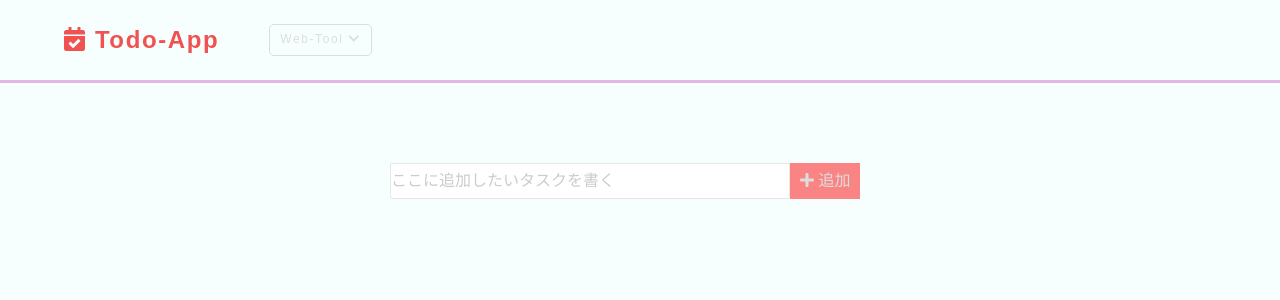
Repository: Hiroshii-m/todo_vue
Page: index.html
The author's editor kept a copy of each file at every save. The page is drawn from the files as they stood at one save, then again after the next save.
The browser window is 1280 px wide. The pictures show the whole page.
The style sheet was rebuilt from its Sass, Less or Tailwind sources for each picture, by a compiler version that may differ from the author's.

Above is the page before, as saved 2021-06-26 18:15:09.

### index.html
<!DOCTYPE html>
<html lang="en">
<head>
    <meta charset="UTF-8">
    <meta http-equiv="X-UA-Compatible" content="IE=edge">
    <meta name="viewport" content="width=device-width, initial-scale=1.0">
    <link rel="stylesheet" href="node_modules/@fortawesome/fontawesome-free/css/all.css">
    <link rel="stylesheet" href="dist/css/style.css">
    <title>TODO APP Vue</title>
</head>
<body class="u-bgColor-base">

    <!-- header -->
    <header id="l-header" class="u-border-bottom">
        <div class="c-header">
            <h2 class="c-header__home">
                <i class="fas fa-calendar-check"></i>
                <a class="c-header__text" href="">Todo-App</a>
            </h2>
            <h3 class="c-header__other">
                Web-Tool
                <i class="fas fa-chevron-down"></i>
            </h3>
        </div>
    </header><!-- /header -->

    <!-- main -->
    <section id="l-main">
        <div class="c-main">
            <div id="l-addTask">
                <div class="c-addTask">
                    <input type="text" class="c-addTask__input" placeholder="ここに追加したいタスクを書く">
                    <button class="c-addTask__add">
                        <i class="fas fa-plus"></i>
                        追加
                    </button>
                </div>
            </div>
            <div id="l-search"></div>
            <div id="l-list"></div>
        </div>
    </section>
    <!-- /main -->

</body>
</html>

### src/scss/style.scss

// ======================================
// foundation
// ======================================
@use 'foundation/reset';
@use 'foundation/variables';
@use 'foundation/base';
// ======================================
// layout
// ======================================
#l-header {
    width: 100%;
}
#l-main {
    padding: 80px;
}
// ======================================
// object
// ======================================
// Component
// **************************************
.c-header {
    width: 90%;
    height: 80px;
    margin: 0 auto;
    display: flex;
    align-items: center;
    &__home {
        margin-right: 50px;
        font-weight: bold;
        color: var(--color_red);
        font-size: var(--font-size_xl);
    }
    &__other {
        font-size: var(--font-size_s);
        padding: var(--space_s) var(--space_m);
        border: 1px solid var(--font-color_default);
        border-radius: 5px;
        cursor: pointer;
    }
}
.c-main {
    width: var(--site-width_xxl);
    margin: 0 auto;
}
.c-addTask {
    display: flex;
    max-width: 500px;
    margin: 0 auto;
    &__input {
        width: 80%;
        border: 1px solid var(--border-color_default);
        border-radius: 2px;
    }
    &__add {
        background: var(--color_pink);
        padding: var(--space_s) var(--space_m);
    }
}
// Project
// **************************************
// Utility
// **************************************
.u-border {
    &-bottom {
        border-bottom: 3px solid var(--color_accent);
    }
}
.u-bgColor {
    &-base {
        background: var(--color_base);
    }
}

### src/scss/foundation/_variables.scss
:root {
    --font-color_default: #dddddd;
    --color_base: #F7FFFE;
    --color_accent: #E3B6E5;
    --color_green: #C3E8C7;
    --color_sky: #C8E4F4;
    --color_red: #F05252;
    --color_blue: #25A1EF;
    --color_pink: #fa8484;
    --border-color_default: #E6E6E6;


    --site-width_xxl: 780px;
    --site-width_xl: 680px;
    --site-width_md: 580px;
    --site-width_ms: 414px;

    --font-size_s: 12px;
    --font-size_m: 14px;
    --font-size_default: 16px;
    --font-size_l: 18px;
    --font-size_xl: 24px;
    --font-size_xxl: 28px;
    --font-size_3l: 38px;


    --space_s: 5px;
    --space_m: 10px;
    --space_l: 15px;
    --space_xl: 20px;
    --space_xxl: 30px;
    --space_3l: 40px;

    --font-family_default: "メイリオ", sans-serif;
}

### src/scss/foundation/_base.scss
html, body {
    width: 100%;
    color: var(--font-color_default);
    line-height: 1.6;
    font-family: var(--font-family_default);
    letter-spacing: 0.1em;
}

p, a {
    -webkit-font-smoothing: antialiased;
}

img {
    width: 100%;
    height: 100%;
    vertical-align: bottom;
    object-fit: cover;
}

input {
    display: block;
    width: 100%;
    background: #fff;
}

textarea {
    resize: vertical;
    height: 30px;
}

::placeholder {
    color: #ccc;
}

iframe {
    width: 100%;
}

i {
    cursor: pointer;
}

Loaded but not shown: node_modules/@fortawesome/fontawesome-free/css/all.css (library); src/scss/foundation/_reset.scss (common file)

After the next save:
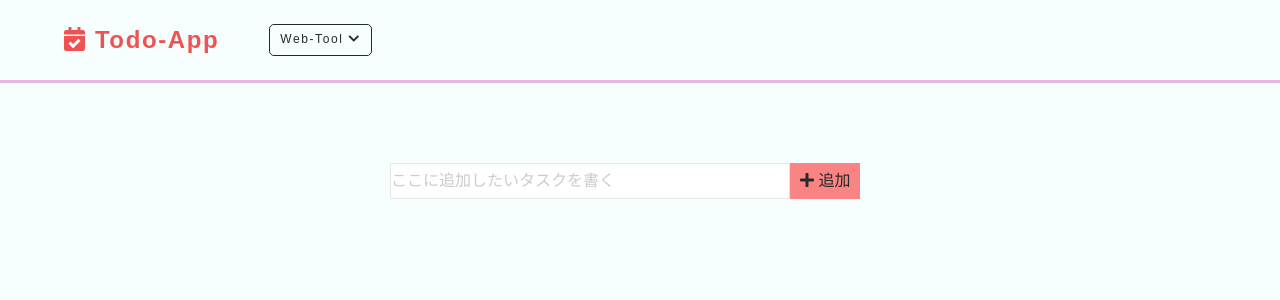
Saved 8 s later.
--- a/src/scss/foundation/_variables.scss
+++ b/src/scss/foundation/_variables.scss
@@ -1,5 +1,5 @@
 :root {
-    --font-color_default: #dddddd;
+    --font-color_default: #292929;
     --color_base: #F7FFFE;
     --color_accent: #E3B6E5;
     --color_green: #C3E8C7;
